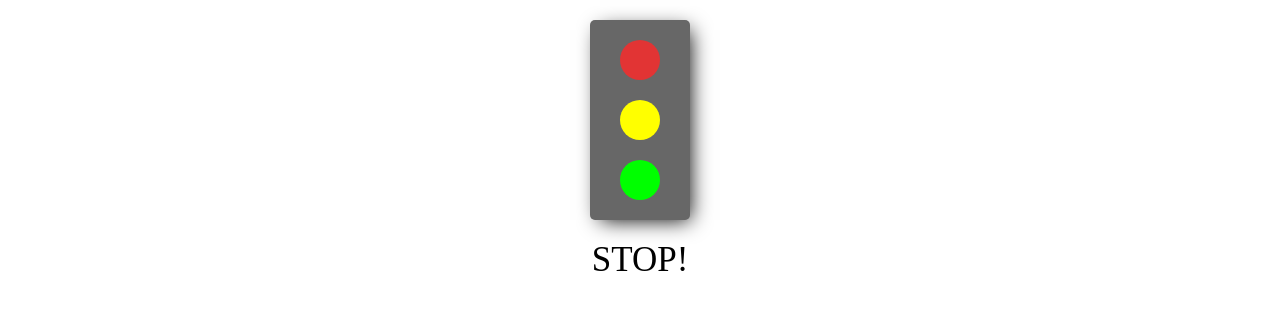
Repository: DoruFurtuna/skillup-semaphore-homework
Page: index.html
These files come from the project's save history. The page is drawn as it stood at one moment and after the next save; the edit follows.
The browser window is 1280 px wide. The pictures show the whole page.

Above is the page before, as saved 2019-07-16 08:10:48.

After the next save:
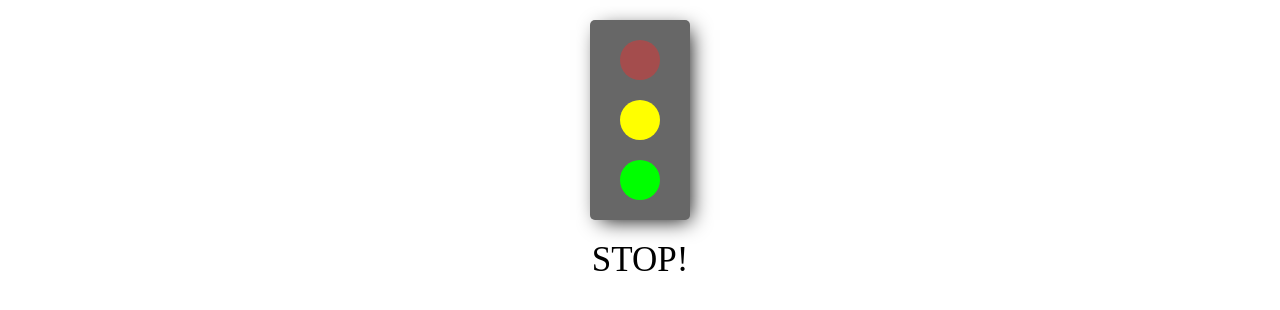
Saved 79 s later.
--- a/styles.css
+++ b/styles.css
@@ -27,7 +27,7 @@
 }
 
 #semaphore li.red {
-  background-color: #e23434;
+  background-color: rgba(226, 52, 52, 0.5);
 }
 #semaphore li.yellow {
   background-color: yellow;
